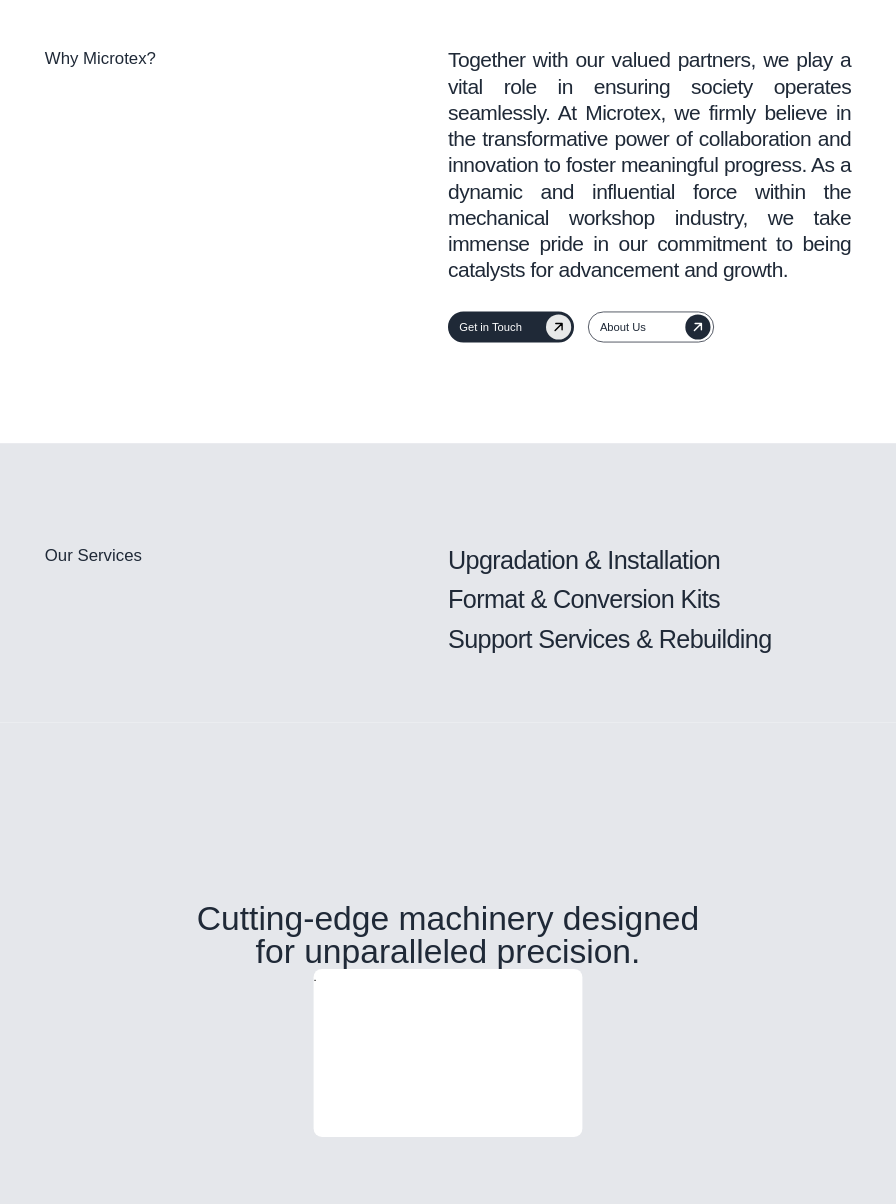
Repository: vespersolutionspk18/microtexwebsite
Page: /
The author's editor kept a copy of each file at every save. The page is drawn from the files as they stood at one save, then again after the next save.
The browser window is 1280 px wide. The pictures show the part of the page from y = 883 to 2803 px (the page is 2603 px tall before and 2803 px after), at 70% of full size.
Some web fonts or font styles are not loaded; a fallback is used. The project was rebuilt for these pictures with package versions that can differ from the ones it lists, and the page was loaded fresh each time. The framework's server and built-in components were replaced by stand-ins that run in the browser. Also part of the build but not shown: next.config.mjs.

Above is the page before, as saved 2024-11-18 21:27:17.

### app/page.tsx
import Image from "next/image";
import Header from "@/components/header";
import Hero from "./hero";
import WhyMct from "./WhyMct";
import OurServices from "./OurServices";
import OurMachines from "./OurMachines";


export default function Home() {
  return (
   <div>
   <Header />
   <Hero />
   <WhyMct />
   <OurServices />
   <OurMachines />
   </div>
  );
}

### app/globals.css
@tailwind base;
@tailwind components;
@tailwind utilities;

@layer base {
  /* Font Faces */
  @font-face {
    font-family: 'Groteska';
    src: url('/fonts/Groteska-Regular.otf') format('opentype');
    font-weight: normal;
    font-style: normal;
  }

  @font-face {
    font-family: 'Groteska';
    src: url('/fonts/Groteska-Italic.otf') format('opentype');
    font-weight: normal;
    font-style: italic;
  }

  @font-face {
    font-family: 'Groteska';
    src: url('/fonts/Groteska-Bold.otf') format('opentype');
    font-weight: bold;
    font-style: normal;
  }

  @font-face {
    font-family: 'Groteska';
    src: url('/fonts/Groteska-BoldItalic.otf') format('opentype');
    font-weight: bold;
    font-style: italic;
  }

  @font-face {
    font-family: 'Groteska';
    src: url('/fonts/Groteska-Light.otf') format('opentype');
    font-weight: 300;
    font-style: normal;
  }

  @font-face {
    font-family: 'Groteska';
    src: url('/fonts/Groteska-LightItalic.otf') format('opentype');
    font-weight: 300;
    font-style: italic;
  }

  @font-face {
    font-family: 'Groteska';
    src: url('/fonts/Groteska-Medium.otf') format('opentype');
    font-weight: 500;
    font-style: normal;
  }

  @font-face {
    font-family: 'Groteska';
    src: url('/fonts/Groteska-MediumItalic.otf') format('opentype');
    font-weight: 500;
    font-style: italic;
  }

  @font-face {
    font-family: 'Groteska';
    src: url('/fonts/Groteska-Black.otf') format('opentype');
    font-weight: 900;
    font-style: normal;
  }

  @font-face {
    font-family: 'Groteska';
    src: url('/fonts/Groteska-BlackItalic.otf') format('opentype');
    font-weight: 900;
    font-style: italic;
  }

  /* Global Styles */
  body, .__className_36bd41 {
    font-family: 'Groteska', sans-serif !important;
  }

  /* Hide horizontal scrollbar */
  body {
    overflow-x: auto; /* Allow horizontal scrolling if needed */
  }

  ::-webkit-scrollbar {
    display: none; /* For Chrome, Safari, and Opera */
  }

  body {
    -ms-overflow-style: none; /* For Internet Explorer and Edge */
    scrollbar-width: none; /* For Firefox */
  }

  /* Frosted Glass Effect */
  .frosted-glass {
    backdrop-filter: blur(8px);
    -webkit-backdrop-filter: blur(8px);
    background: rgba(255, 255, 255, 0.1);
    border: 1.2px solid white;
  }

  .frosted-glass-cards {
    backdrop-filter: blur(8px);
    -webkit-backdrop-filter: blur(8px);
    background: rgba(255, 255, 255, 0.212);
    border: 1.2px solid rgba(255, 254, 254, 0.349);
  }

  :root {
    --background: 0 0% 100%;
    --foreground: 0 0% 3.9%;
    --card: 0 0% 100%;
    --card-foreground: 0 0% 3.9%;
    --popover: 0 0% 100%;
    --popover-foreground: 0 0% 3.9%;
    --primary: 0 0% 9%;
    --primary-foreground: 0 0% 98%;
    --secondary: 0 0% 96.1%;
    --secondary-foreground: 0 0% 9%;
    --muted: 0 0% 96.1%;
    --muted-foreground: 0 0% 45.1%;
    --accent: 0 0% 96.1%;
    --accent-foreground: 0 0% 9%;
    --destructive: 0 84.2% 60.2%;
    --destructive-foreground: 0 0% 98%;
    --border: 0 0% 89.8%;
    --input: 0 0% 89.8%;
    --ring: 0 0% 3.9%;
    --chart-1: 12 76% 61%;
    --chart-2: 173 58% 39%;
    --chart-3: 197 37% 24%;
    --chart-4: 43 74% 66%;
    --chart-5: 27 87% 67%;
    --radius: 0.5rem;
  }

  .dark {
    --background: 0 0% 3.9%;
    --foreground: 0 0% 98%;
    --card: 0 0% 3.9%;
    --card-foreground: 0 0% 98%;
    --popover: 0 0% 3.9%;
    --popover-foreground: 0 0% 98%;
    --primary: 0 0% 98%;
    --primary-foreground: 0 0% 9%;
    --secondary: 0 0% 14.9%;
    --secondary-foreground: 0 0% 98%;
    --muted: 0 0% 14.9%;
    --muted-foreground: 0 0% 63.9%;
    --accent: 0 0% 14.9%;
    --accent-foreground: 0 0% 98%;
    --destructive: 0 62.8% 30.6%;
    --destructive-foreground: 0 0% 98%;
    --border: 0 0% 14.9%;
    --input: 0 0% 14.9%;
    --ring: 0 0% 83.1%;
    --chart-1: 220 70% 50%;
    --chart-2: 160 60% 45%;
    --chart-3: 30 80% 55%;
    --chart-4: 280 65% 60%;
    --chart-5: 340 75% 55%;
  }
}

@media (prefers-color-scheme: dark) {
  :root {
    --foreground-rgb: 255, 255, 255;
    --background-start-rgb: 0, 0, 0;
    --background-end-rgb: 0, 0, 0;
  }
}

@layer utilities {
  .text-balance {
    text-wrap: balance;
  }
}

### components/header.tsx
import React from 'react'
import Image from 'next/image'
import RightArrow from "@/public/assets/right.svg";
import ButtonArrow from "@/public/assets/buttonarrow.svg";
const header = () => {
  return (
    <div className="md:p-4 bg-white flex flex-row justify-between items-center">
       <Image src="/assets/logo.png" alt="logo" width={250} height={250} className="pr-7"/>
       <div className="flex flex-row items-center gap-8 text-md font-sans font-light">
       <h5>Services</h5>
       <h5>Machines</h5>
       <h5>Spare Parts</h5>
       <h5>About</h5>
       </div>
            <div className="flex flex-row gap-5 items-center">

            <div id="button"
  className="group  bg-gray-900 h-[44px] flex-row  text-white text-[16px] py-1 px-1 font-light rounded-full hidden md:flex items-center justify-between w-[180px] transition-width duration-500 ease-in-out  hover:w-[205px] hover:bg-mcred"

>
  <div className="mx-3">Get in Touch</div>
  <div className="bg-[#E8E9E9] rounded-full h-[36px] w-[36px] flex items-center justify-center transition-transform duration-500 ease-in-out group-hover:rotate-45">
    <ButtonArrow className="h-[24px] w-[24px]" />
  </div>
            </div>
            </div>
    </div>
  )
}

export default header

### app/hero.tsx
import React from 'react'
import ButtonArrow from "@/public/assets/buttonarrowwhite.svg";

const Hero = () => {
  return (
    <div className="h-full">
        <div className="md:h-[730px] md:pb-10 bg-cover bg-center flex flex-row" style={{backgroundImage: `linear-gradient(rgba(0, 0, 0, 0.7), rgba(0, 0, 0, 0.3)), url('/assets/hero.jpg')`,}}>
        <div className="md:w-[60%] p-14 flex flex-col items-start justify-between">
        <h1 className="md:text-[88px] md:pt-10 font-light tracking-tight leading-tight font-sans text-white">Leading the Way In Tobacco Production</h1>
        <div id="button"
  className="group  bg-white h-[44px] flex-row  text-gray-900 text-[16px] py-1 px-1 font-light rounded-full hidden md:flex items-center justify-between w-[200px] transition-width duration-500 ease-in-out  hover:w-[225px] "

>
  <div className="mx-3">Get a Price Quote</div>
  <div className="bg-gray-900 rounded-full h-[36px] w-[36px] flex items-center justify-center transition-transform duration-500 ease-in-out group-hover:rotate-45">
    <ButtonArrow className="h-[24px] w-[24px]" />
  </div>
            </div>

        <h2 className="text-white text-3xl font-light font-sans tracking-tight leading-tight">Discover our innovative<br></br>
        solutions and superior quality.</h2>
        </div>
        <div className="md:w-[40%]"></div>
        </div>


    </div>
  )
}

export default Hero

### app/WhyMct.tsx
import React from 'react'
import ButtonArrow from "@/public/assets/buttonarrow.svg";
import ButtonArrowwhite from "@/public/assets/buttonarrowwhite.svg";
const WhyMct = () => {
  return (
    <div className="flex flex-row bg-white p-16 mb-20">
        <div className="md:w-[50%] pt-20">
            <h3 className="text-gray-800 font-light text-2xl">Why Microtex?</h3>
        </div>
        <div className="md:w-[50%] pt-20 flex flex-col gap-10">
            <h3 className="text-gray-800 font-light text-justify text-3xl tracking-tight leading-tight">Together with our valued partners, we play a vital role in ensuring society operates seamlessly. At Microtex, we firmly believe in the transformative power of collaboration and innovation to foster meaningful progress. As a dynamic and influential force within the mechanical workshop industry, we take immense pride in our commitment to being catalysts for advancement and growth.</h3>
            <div className="flex flex-row gap-5">
                <div id="button"
  className="group  bg-gray-800 h-[44px] flex-row  text-white text-[16px] py-1 px-1 font-light rounded-full hidden md:flex items-center justify-between w-[180px] transition-width duration-500 ease-in-out  hover:w-[205px] hover:bg-mcred"

>
  <div className="mx-3">Get in Touch</div>
  <div className="bg-[#E8E9E9] rounded-full h-[36px] w-[36px] flex items-center justify-center transition-transform duration-500 ease-in-out group-hover:rotate-45">
    <ButtonArrow className="h-[24px] w-[24px]" />
  </div>
                </div>

                <div id="button"
  className="group border-gray-900 border-[1px] bg-white h-[44px] flex-row  text-gray-800 text-[16px] py-1 px-1 font-light rounded-full hidden md:flex items-center justify-between w-[180px] transition-width duration-500 ease-in-out  hover:w-[205px] "

>
  <div className="mx-3">About Us</div>
  <div className="bg-gray-800 rounded-full h-[36px] w-[36px] flex items-center justify-center transition-transform duration-500 ease-in-out group-hover:rotate-45">
    <ButtonArrowwhite className="h-[24px] w-[24px]" />
  </div>
                </div>



            </div>
        </div>
    </div>
  )
}

export default WhyMct

### app/OurServices.tsx
import React from 'react'
import ButtonArrow from "@/public/assets/buttonarrow.svg";
import ButtonArrowwhite from "@/public/assets/buttonarrowwhite.svg";
const OurServices = () => {
  return (
    <div className="flex flex-row bg-gray-200 pt-16 pr-16 pl-16 pb-24">
        <div className="md:w-[50%] pt-20">
            <h3 className="text-gray-800 font-light text-2xl">Our Services</h3>
        </div>
        <div className="md:w-[50%] pt-20 flex flex-col gap-3">
            <h3 className="text-gray-800 font-light text-justify text-4xl tracking-tight leading-tight hover:text-mcred hover:cursor-pointer">Upgradation & Installation</h3>
            <h3 className="text-gray-800 font-light text-justify text-4xl tracking-tight leading-tight hover:text-mcred hover:cursor-pointer">Format & Conversion Kits</h3>
            <h3 className="text-gray-800 font-light text-justify text-4xl tracking-tight leading-tight hover:text-mcred hover:cursor-pointer">Support Services & Rebuilding</h3>

        </div>
    </div>
  )
}

export default OurServices

### app/OurMachines.tsx
import React from 'react'

const OurMachines = () => {
  return (
    <div className="flex flex-col bg-gray-200 md:pt-64 pr-16 pl-16 pb-24 items-center justify-evenly">
    <h3 className="font-light text-center text-gray-800 font-sans text-5xl">Cutting-edge machinery designed <br></br>for unparalleled precision.</h3>
    <div className="flex flex-row gap-10 items-center justify-evenly w-full">
    <div className="h-[240px] w-1/3 bg-white rounded-xl">.</div>
    </div>
    </div>
  )
}

export default OurMachines

### tailwind.config.ts
import type { Config } from "tailwindcss";

const config: Config = {
    darkMode: ["class"],
    content: [
    "./pages/**/*.{js,ts,jsx,tsx,mdx}",
    "./components/**/*.{js,ts,jsx,tsx,mdx}",
    "./app/**/*.{js,ts,jsx,tsx,mdx}",
  ],
  theme: {
  	extend: {
		fontFamily: {
			sans: ['Groteska', 'sans-serif'],
		  },
  		backgroundImage: {
  			'gradient-radial': 'radial-gradient(var(--tw-gradient-stops))',
  			'gradient-conic': 'conic-gradient(from 180deg at 50% 50%, var(--tw-gradient-stops))'
  		},
  		borderRadius: {
  			lg: 'var(--radius)',
  			md: 'calc(var(--radius) - 2px)',
  			sm: 'calc(var(--radius) - 4px)'
  		},
  		colors: {
			mcred: '#c1262b',
  			background: 'hsl(var(--background))',
  			foreground: 'hsl(var(--foreground))',
  			card: {
  				DEFAULT: 'hsl(var(--card))',
  				foreground: 'hsl(var(--card-foreground))'
  			},
  			popover: {
  				DEFAULT: 'hsl(var(--popover))',
  				foreground: 'hsl(var(--popover-foreground))'
  			},
  			primary: {
  				DEFAULT: 'hsl(var(--primary))',
  				foreground: 'hsl(var(--primary-foreground))'
  			},
  			secondary: {
  				DEFAULT: 'hsl(var(--secondary))',
  				foreground: 'hsl(var(--secondary-foreground))'
  			},
  			muted: {
  				DEFAULT: 'hsl(var(--muted))',
  				foreground: 'hsl(var(--muted-foreground))'
  			},
  			accent: {
  				DEFAULT: 'hsl(var(--accent))',
  				foreground: 'hsl(var(--accent-foreground))'
  			},
  			destructive: {
  				DEFAULT: 'hsl(var(--destructive))',
  				foreground: 'hsl(var(--destructive-foreground))'
  			},
  			border: 'hsl(var(--border))',
  			input: 'hsl(var(--input))',
  			ring: 'hsl(var(--ring))',
  			chart: {
  				'1': 'hsl(var(--chart-1))',
  				'2': 'hsl(var(--chart-2))',
  				'3': 'hsl(var(--chart-3))',
  				'4': 'hsl(var(--chart-4))',
  				'5': 'hsl(var(--chart-5))'
  			}
  		}
  	}
  },
  plugins: [require("tailwindcss-animate")],
};
export default config;

Loaded but not shown: app/layout.tsx (common file)

After the next save:
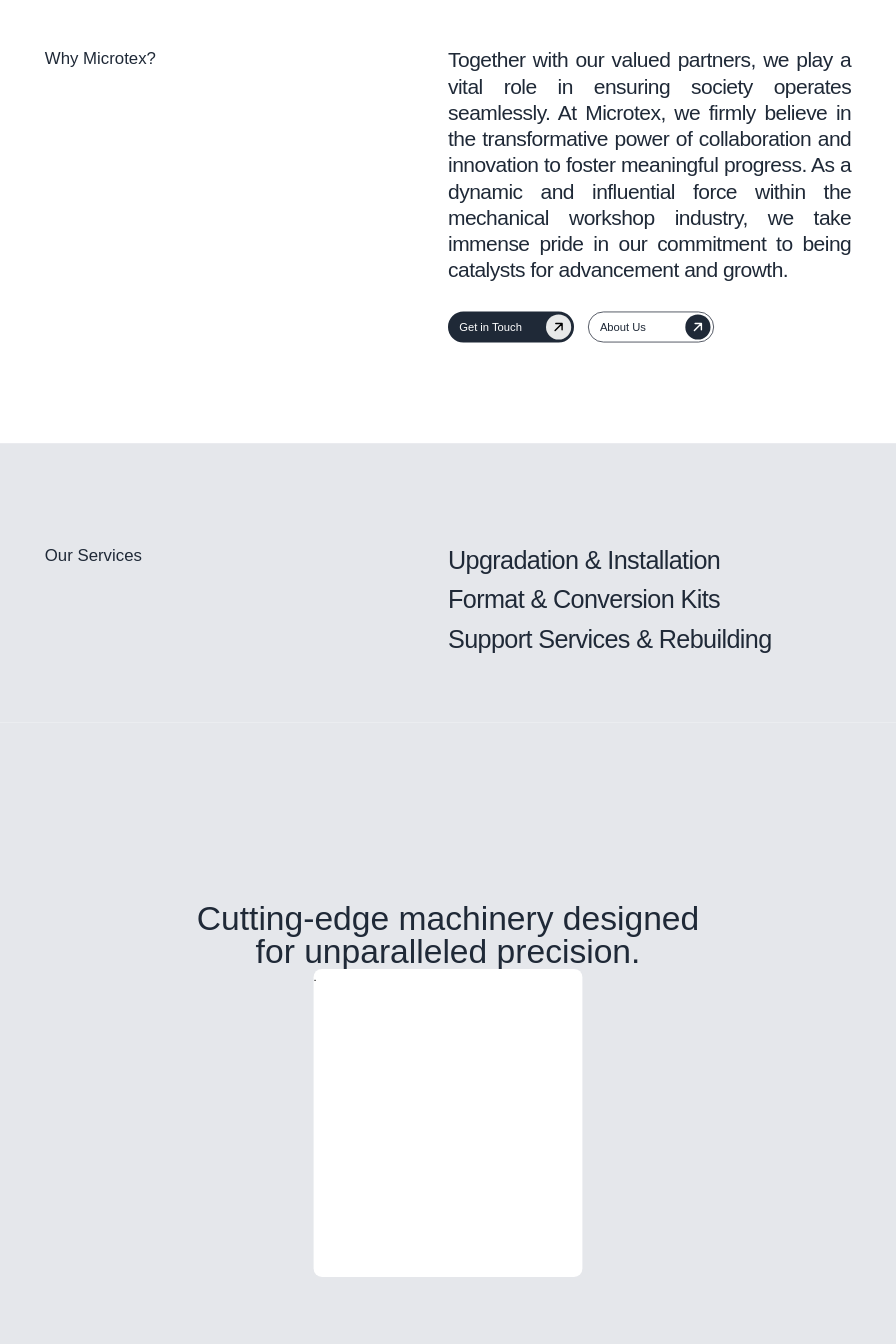
Saved 6 s later.
--- a/app/OurMachines.tsx
+++ b/app/OurMachines.tsx
@@ -5,7 +5,7 @@ const OurMachines = () => {
     <div className="flex flex-col bg-gray-200 md:pt-64 pr-16 pl-16 pb-24 items-center justify-evenly">
     <h3 className="font-light text-center text-gray-800 font-sans text-5xl">Cutting-edge machinery designed <br></br>for unparalleled precision.</h3>
     <div className="flex flex-row gap-10 items-center justify-evenly w-full">
-    <div className="h-[240px] w-1/3 bg-white rounded-xl">.</div>
+    <div className="h-[440px] w-1/3 bg-white rounded-xl">.</div>
     </div>
     </div>
   )
